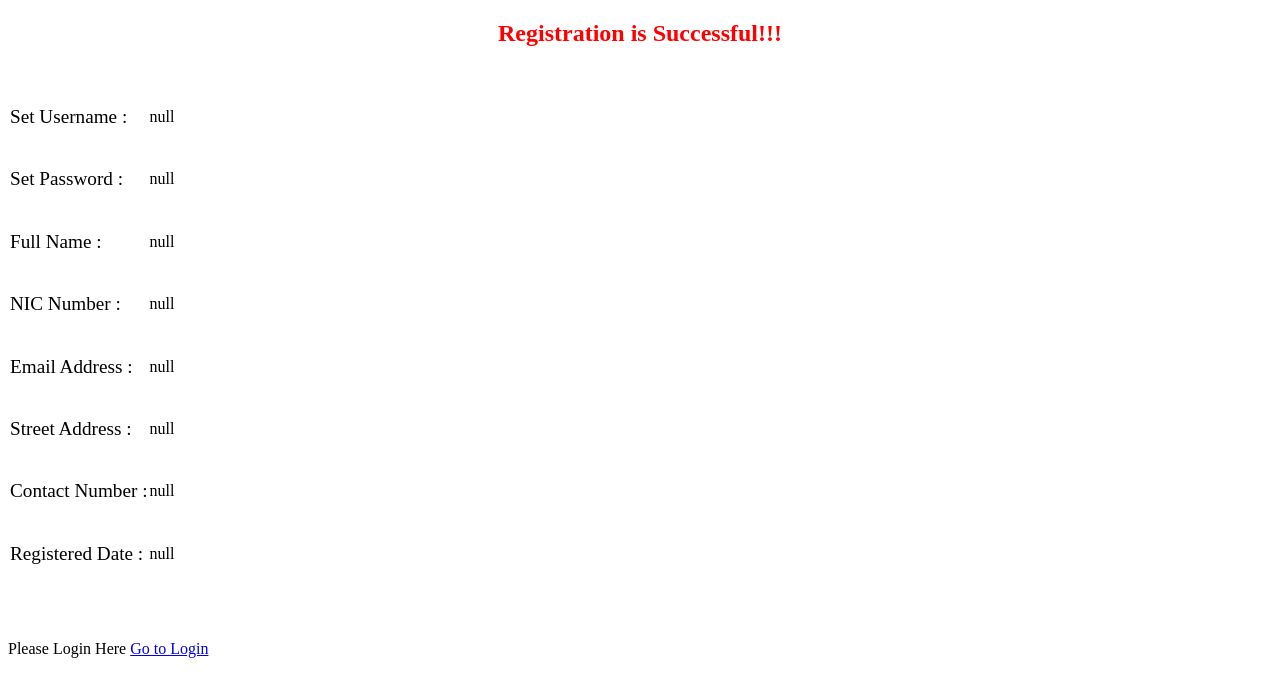
Repository: nirmaniPathiranage/CSSE-Procurement-Management
Page: http://localhost/Item_Management/Welcome.jsp
An editor plug-in stored every save of this project. The page is shown before and after the next save, followed by the edit.
The browser window is 1280 px wide. The pictures show the whole page.
The page is served by Tomcat 9. Other server files are loaded and not shown.

Above is the page before, as saved 2019-09-29 18:09:33.
Console error: SyntaxError: Unexpected token '{'

### Item_Management/WebContent/Welcome.jsp
<%@ page language="java" contentType="text/html; charset=ISO-8859-1"
	pageEncoding="ISO-8859-1"%>
<!DOCTYPE html>
<html>
<head>
<meta http-equiv="Content-Type" content="text/html; charset=ISO-8859-1">
<title>Welcome Registration</title>
<script>
body{

	background:url('back.jpg');
	background-size: cover;
}
</script>
</head>
<body>
	<h2>
		<center>
			<font color="red">Registration is Successful!!!</font>
		</center>
	</h2>
	<br>
	<%
		String userName = request.getParameter("username");
		String passWord = request.getParameter("password");
		String fullName = request.getParameter("fullname");
		String NICno = request.getParameter("nicno");
		String emailAddress = request.getParameter("emailaddress");
		String streetAddress = request.getParameter("streetaddress");
		String contactNo = request.getParameter("contactno");
		String regDate = request.getParameter("regdate");
	%>
	<table id="nat" border="0" cellpadding="0" style:width="50%">
		<tr height="0px">
			<td><p style="font-size: larger">Set Username  : </td>
			<td><%=userName%></td>
		</tr>
		<tr height="0px">
			<td><p style="font-size: larger">Set Password  : </td>
			<td><%=passWord%></td>
		</tr>
		<tr height="0px">
			<td><p style="font-size: larger">Full Name  : </td>
			<td><%=fullName%></td>
		</tr>
		<tr height="0px">
			<td><p style="font-size: larger">NIC Number  : </td>
			<td><%=NICno%></td>
		</tr>
		<tr height="0px">
			<td><p style="font-size: larger">Email Address  : </td>
			<td><%=emailAddress%></td>
		</tr>
		<tr height="0px">
			<td><p style="font-size: larger">Street Address  : </td>
			<td><%=streetAddress%></td>
		</tr>
		<tr height="0px">
			<td><p style="font-size: larger">Contact Number  : </td>
			<td><%=contactNo%></td>
		</tr>
		<tr height="0px">
			<td><p style="font-size: larger">Registered Date  : </td>
			<td><%=regDate%></td>
		</tr>
	</table>
	<br>
	<br>
	<br> Please Login Here
	<a href='Login.jsp'>Go to Login</a>
</body>
</html>

After the next save:
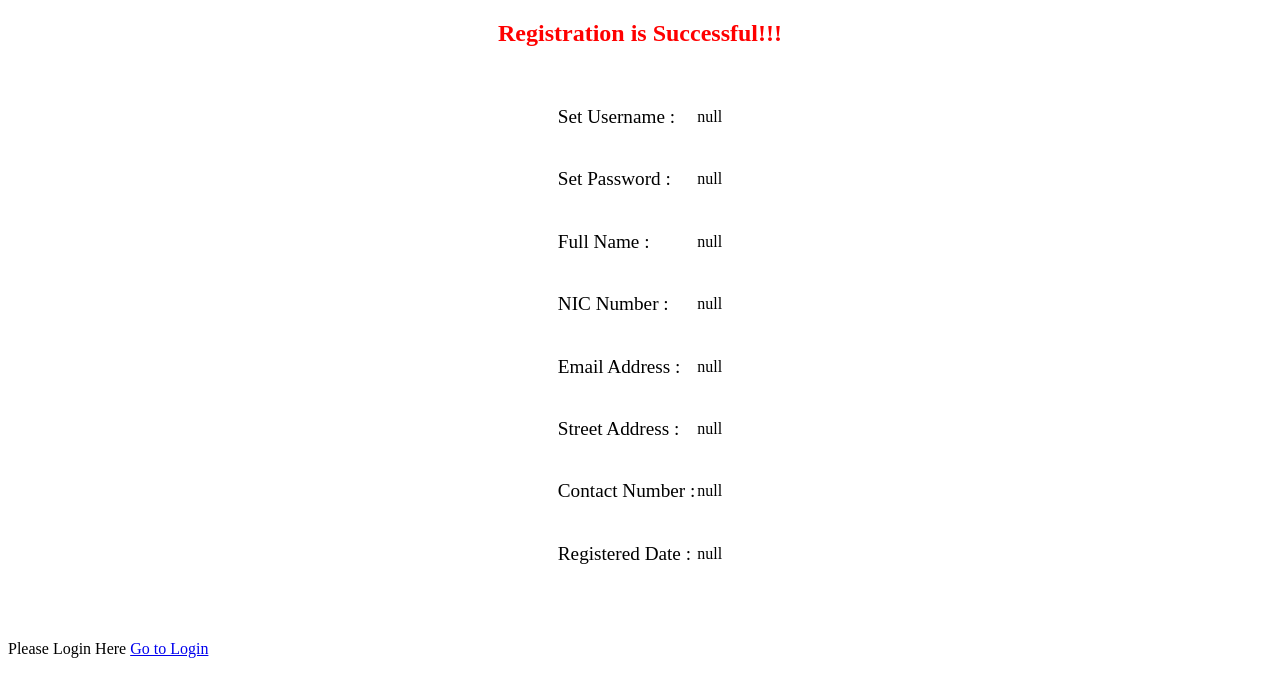
Saved 3 min 44 s later.
--- a/Item_Management/WebContent/Welcome.jsp
+++ b/Item_Management/WebContent/Welcome.jsp
@@ -30,7 +30,7 @@ body{
 		String contactNo = request.getParameter("contactno");
 		String regDate = request.getParameter("regdate");
 	%>
-	<table id="nat" border="0" cellpadding="0" style:width="50%">
+	<table id="nat" align="center" border="0" cellpadding="0" style:width="50%">
 		<tr height="0px">
 			<td><p style="font-size: larger">Set Username  : </td>
 			<td><%=userName%></td>
